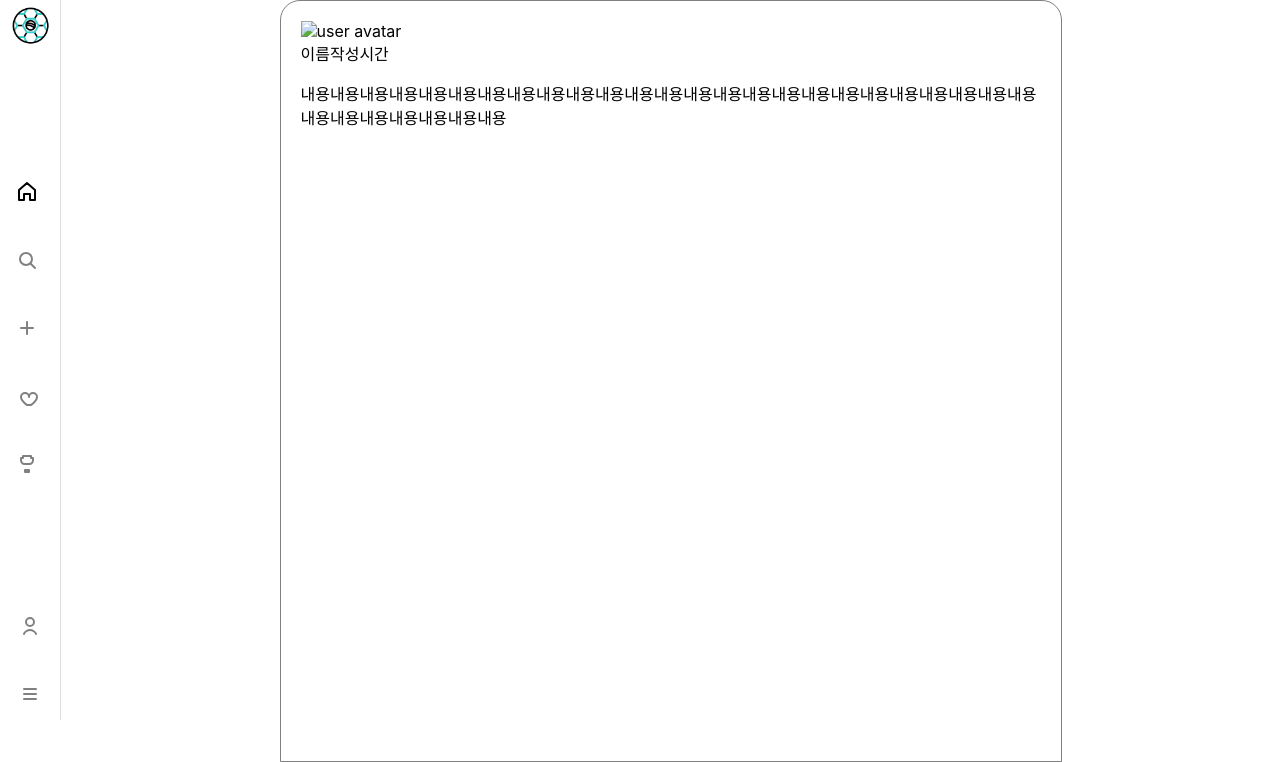
Repository: compick/compick_frontend
Page: /home
These files come from the project's save history. The page is drawn as it stood at one moment and after the next save; the edit follows.
The browser window is 1280 px wide. The pictures show the whole page.
The project was rebuilt for these pictures with package versions that can differ from the ones it lists, and the page was loaded fresh each time. Also part of the build but not shown: src/pages/login/LoginUser.js, src/pages/login/RegisterUser.js, src/styles/login.css.

Above is the page before, as saved 2025-07-31 16:39:16.

### src/App.js
import {BrowserRouter } from "react-router-dom"


import BodyPage from "./pages/BodyPage";

import "./styles/login.css";
import "./styles/component.css";
import "./styles/body.css";

function App() {
  return (
    <BrowserRouter>
         <BodyPage/>
    </BrowserRouter>
  );
}

export default App;

### src/pages/BodyPage.js
import { Routes, Route, useLocation } from 'react-router-dom';

import SidebarPage from "./component/SidebarPage"
import HomeBodyPage from './body/HomeBodyPage';
import LoginPage from "./login/LoginUser";
import RegisterUserPage from "./login/RegisterUser";
export default function BodyPage(){



    return(
        <div className="bodyContainer">
                <div style={{display:"flex"}}>
                    <SidebarPage/>
                </div>
            <div style={{flex: 1}}>
                <Routes>
                    <Route path='/home' element={<HomeBodyPage/>}/>

                    <Route path="/user" element={ <LoginPage/> }/>
                    <Route path="/regist" element={ <RegisterUserPage/> }/>
                </Routes>
            </div>
        </div>
    )
}

### src/styles/component.css
.sidebar {
  display: flex;
  flex-direction: column;
  justify-content: space-between;
  align-items: center;
  width: 60px;
  background-color: #fff;
  border-right: 1px solid #ddd;
  height: 100vh;
}

.sidebar .homeLogo{
    width: 50px;
    height: 50px;
    object-fit: contain;
    cursor: pointer;
    margin-bottom: 200%;

}
.top-section,
.bottom-section {
  display: flex;
  flex-direction: column;
  gap: 20px;
}

.tabIcon {
  padding: 10px;
  border-radius: 12px;
  transition: background-color 0.3s;
  cursor: pointer;
}

.tabIcon:hover {
  background-color: #e6e6e6;
}

.tabItem {
  width: 24px;
  height: 24px;
  stroke: gray;
  fill: none;
  stroke-width: 2;
  stroke-linecap: round;
  stroke-linejoin: round;
  transition: stroke 0.3s;
}

.tabIcon.active .tabItem {
  stroke: black;
}

### src/styles/body.css
.bodyContainer{
    width: 100%;
    height: 100%;
    display: flex;
    justify-content: center;
}
.bodyContainer .content{
    width: 740px;
    min-height: 100vh;
    border: 1px solid gray;
    border-top-left-radius: 20px;
    border-top-right-radius: 20px;
    padding: 20px;
}
.container{
    display: flex;
}
.bodyContainer strong{
    font-size: calc(1.4 * 1em);
}

.gray{
    font-size: calc(1.4 * 1em);
}

### src/pages/component/SidebarPage.js
import React, { useState } from "react";
import homeLogo from "../../img/icon/homeLogo.gif";
import { Link } from "react-router-dom";
const topIcons = [
  {
    name: "home",
    svg: <path d="M4 10v10h5v-6h6v6h5V10L12 3z" />,
  },
  {
    name: "search",
    svg: <circle cx="11" cy="11" r="6" />,
    extra: <line x1="15.5" y1="15.5" x2="20" y2="20" />,
  },
  {
    name: "add",
    svg: (
      <>
        <line x1="12" y1="6" x2="12" y2="18" />
        <line x1="6" y1="12" x2="18" y2="12" />
      </>
    ),
  },
  {
    name: "heart",
    svg: (
      <path d="M12 21s-6-4.35-6-8a4 4 0 0 1 8 0 4 4 0 0 1 8 0c0 3.65-6 8-6 8z" />
    ),
  },
  {
    name: "trophy",
    svg: (
      <>
        <path d="M8 4h8v2h2v2c0 2.2-1.5 4-3.5 4H9.5C7.5 12 6 10.2 6 8V6h2V4z" />
        <path d="M10 18h4v2h-4z" />
      </>
    ),
  },
];

const bottomIcons = [
  {
    name: "user",
    svg: <circle cx="12" cy="8" r="4" />,
    extra: <path d="M6 20c0-2 4-4 6-4s6 2 6 4" />,
  },
  {
    name: "menu",
    svg: (
      <>
        <line x1="6" y1="7" x2="18" y2="7" />
        <line x1="6" y1="12" x2="18" y2="12" />
        <line x1="6" y1="17" x2="18" y2="17" />
      </>
    ),
  },
];

export default function IconSidebar() {
  const [activeIcon, setActiveIcon] = useState("home");

  return (
    <div className="sidebar">
      <div className="top-section">
        <div className="homeLogo">
            <img src={homeLogo} className="homeLogo"/>
        </div>
        {topIcons.map((icon) => (
            <Link key={icon.name} to={`/${icon.name}`} style={{ textDecoration: "none" }}>
                <div
                className={`tabIcon ${activeIcon === icon.name ? "active" : ""}`}
                onClick={() => setActiveIcon(icon.name)}
                >
                <svg viewBox="0 0 24 24" className="tabItem" xmlns="http://www.w3.org/2000/svg">
                    {icon.svg}
                    {icon.extra}
                </svg>
                </div>
            </Link>
        ))}
      </div>
      <div className="bottom-section">
        {bottomIcons.map((icon) => (
            <Link key={icon.name} to={`/${icon.name}`} style={{ textDecoration: "none" }}>
                <div
                className={`tabIcon ${activeIcon === icon.name ? "active" : ""}`}
                onClick={() => setActiveIcon(icon.name)}
                >
                <svg viewBox="0 0 24 24" className="tabItem" xmlns="http://www.w3.org/2000/svg">
                    {icon.svg}
                    {icon.extra}
                </svg>
                </div>
            </Link>
        ))}
      </div>
    </div>
  );
}

### src/pages/body/HomeBodyPage.js
import { useState } from "react";

export default function HomeBodyPage(){


    return(
        <div className="bodyContainer">
            <div className="content">
                <div className="contentBox">
                    <div className="feed-header">
                        <img className="avatar"  alt="user avatar" />
                        <div className="user-info">
                            <span className="username">이름</span>
                            <span className="timestamp">작성시간</span>
                        </div>
                    </div>

                    <div className="feed-content">
                        <p>내용내용내용내용내용내용내용내용내용내용내용내용내용내용내용내용내용내용내용내용내용내용내용내용내용내용내용내용내용내용내용내용</p>
                    </div>

                    {/* {images?.length > 0 && (
                        <div className="feed-images">
                        {images.map((img, index) => (
                            <img key={index} src={img} alt={`feed-${index}`} className="feed-image" />
                        ))}
                        </div>
                    )} */}

                <div className="feed-reactions">
                    {/* <span>❤️ {reactions.likes}</span>
                    <span>💬 {reactions.comments}</span>
                    <span>🔁 {reactions.reposts}</span>
                    <span>🔖 {reactions.bookmarks}</span> */}
                </div>
            </div>
        </div>
    </div>
    );

}

Loaded but not shown: public/index.html (common file); src/index.js (common file); src/index.css (common file); src/reportWebVitals.js (common file)

After the next save:
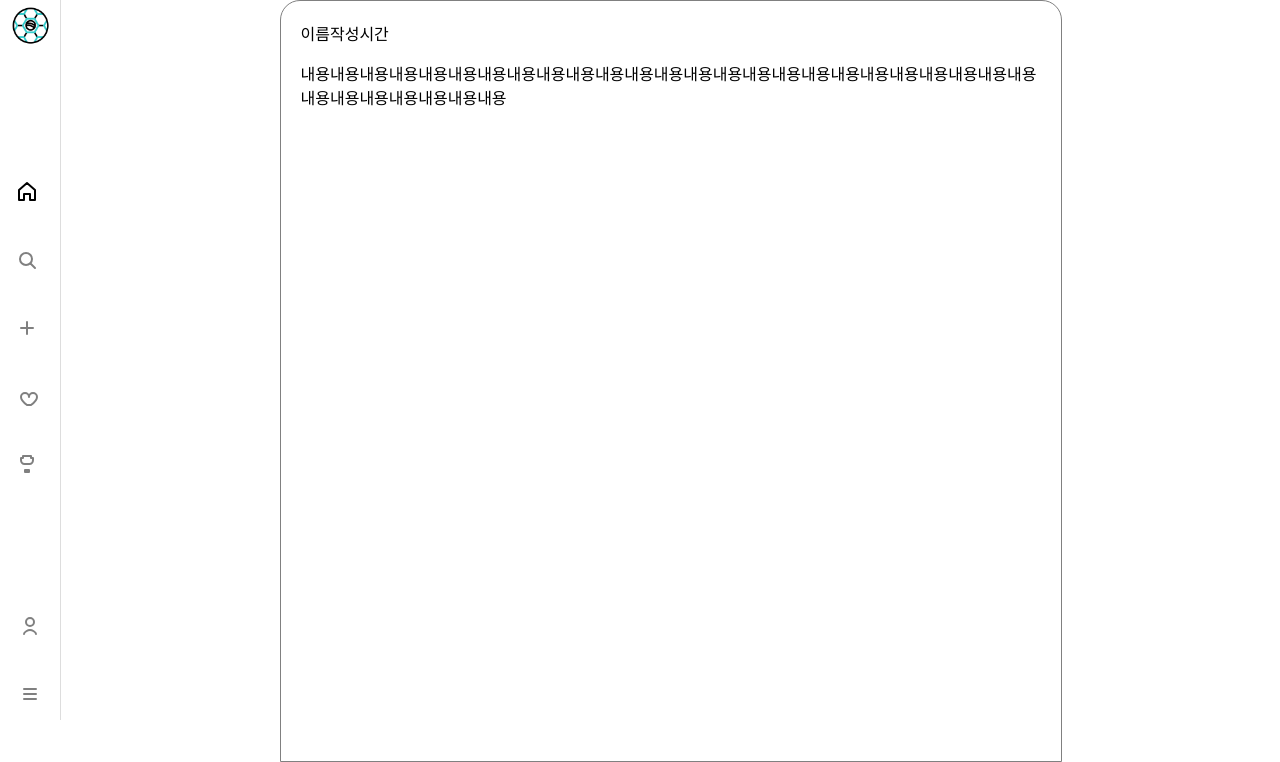
Saved 23 s later.
--- a/src/pages/body/HomeBodyPage.js
+++ b/src/pages/body/HomeBodyPage.js
@@ -8,7 +8,7 @@
             <div className="content">
                 <div className="contentBox">
                     <div className="feed-header">
-                        <img className="avatar"  alt="user avatar" />
+                        {/* <img className="avatar"  alt="user avatar" /> */}
                         <div className="user-info">
                             <span className="username">이름</span>
                             <span className="timestamp">작성시간</span>
